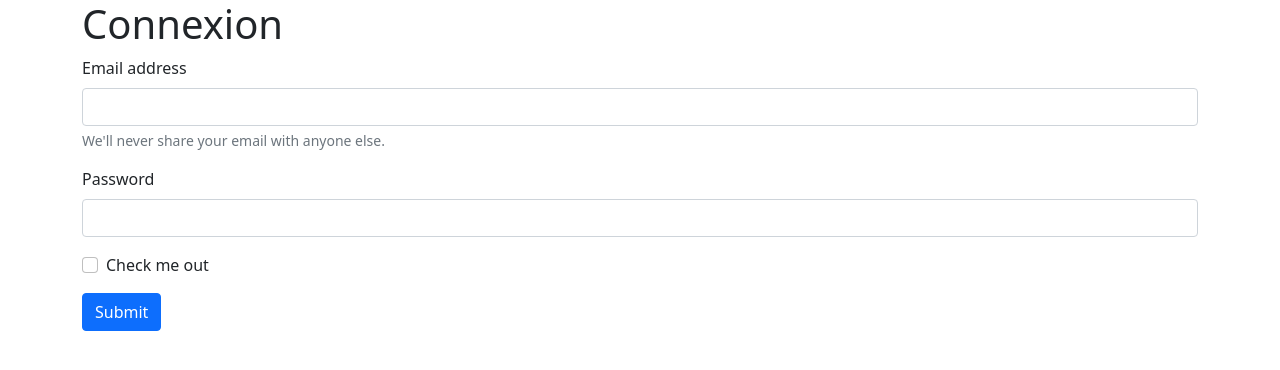
Repository: QuentinFayt/NewsWeb
Page: sources/adminNewsWeb/login.html
An editor plug-in stored every save of this project. The page is shown before and after the next save, followed by the edit.
The browser window is 1280 px wide. The pictures show the whole page.

Above is the page before, as saved 2021-12-23 10:12:30.

After the next save:
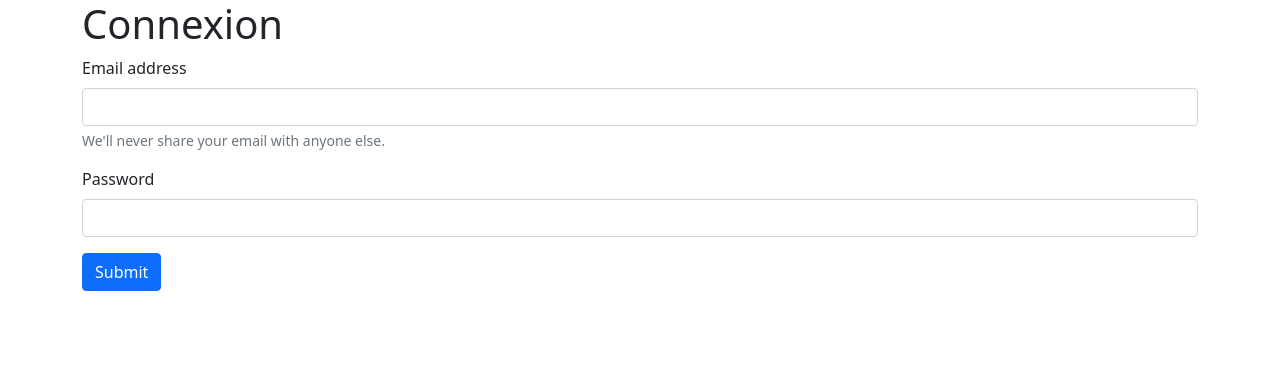
Saved 88 s later.
--- a/sources/adminNewsWeb/login.html
+++ b/sources/adminNewsWeb/login.html
@@ -16,17 +16,13 @@
 
         <form>
             <div class="mb-3">
-                <label for="exampleInputEmail1" class="form-label">Email address</label>
-                <input type="email" class="form-control" id="exampleInputEmail1" aria-describedby="emailHelp">
+                <label for="login" class="form-label">Email address</label>
+                <input type="email" class="form-control" id="login" aria-describedby="emailHelp">
                 <div id="emailHelp" class="form-text">We'll never share your email with anyone else.</div>
             </div>
             <div class="mb-3">
-                <label for="exampleInputPassword1" class="form-label">Password</label>
-                <input type="password" class="form-control" id="exampleInputPassword1">
-            </div>
-            <div class="mb-3 form-check">
-                <input type="checkbox" class="form-check-input" id="exampleCheck1">
-                <label class="form-check-label" for="exampleCheck1">Check me out</label>
+                <label for="password" class="form-label">Password</label>
+                <input type="password" class="form-control" id="password">
             </div>
             <button type="submit" class="btn btn-primary">Submit</button>
         </form>
